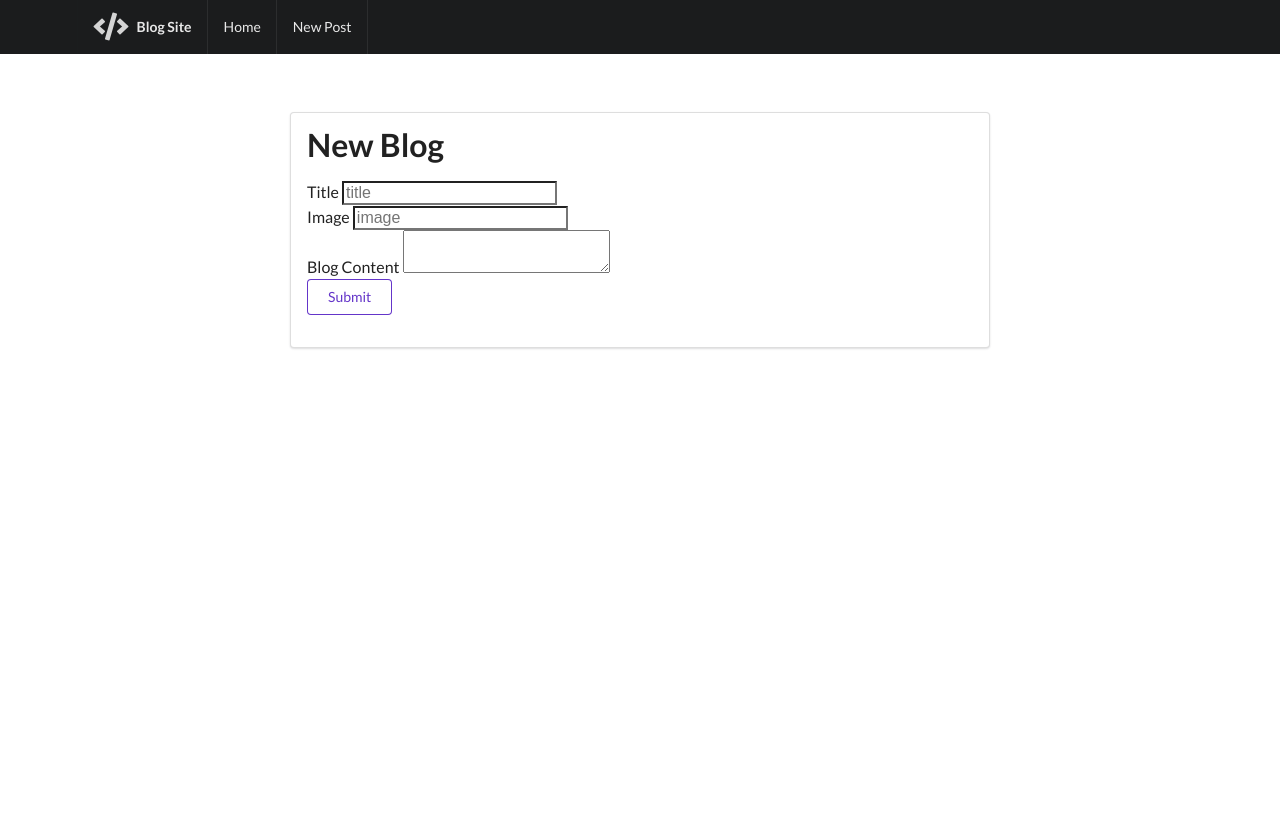
Repository: HuakunShen/LearnWeb
Page: http://localhost/blogs/new
The author's editor kept a record of every edit. The page is drawn from the files as they stood at one moment, then again after the next edit.
The browser window is 1280 px wide. The pictures show the whole page.
The page is served by the project's Node server (BlogApp/app.js).

Above is the page before.

After the next edit:
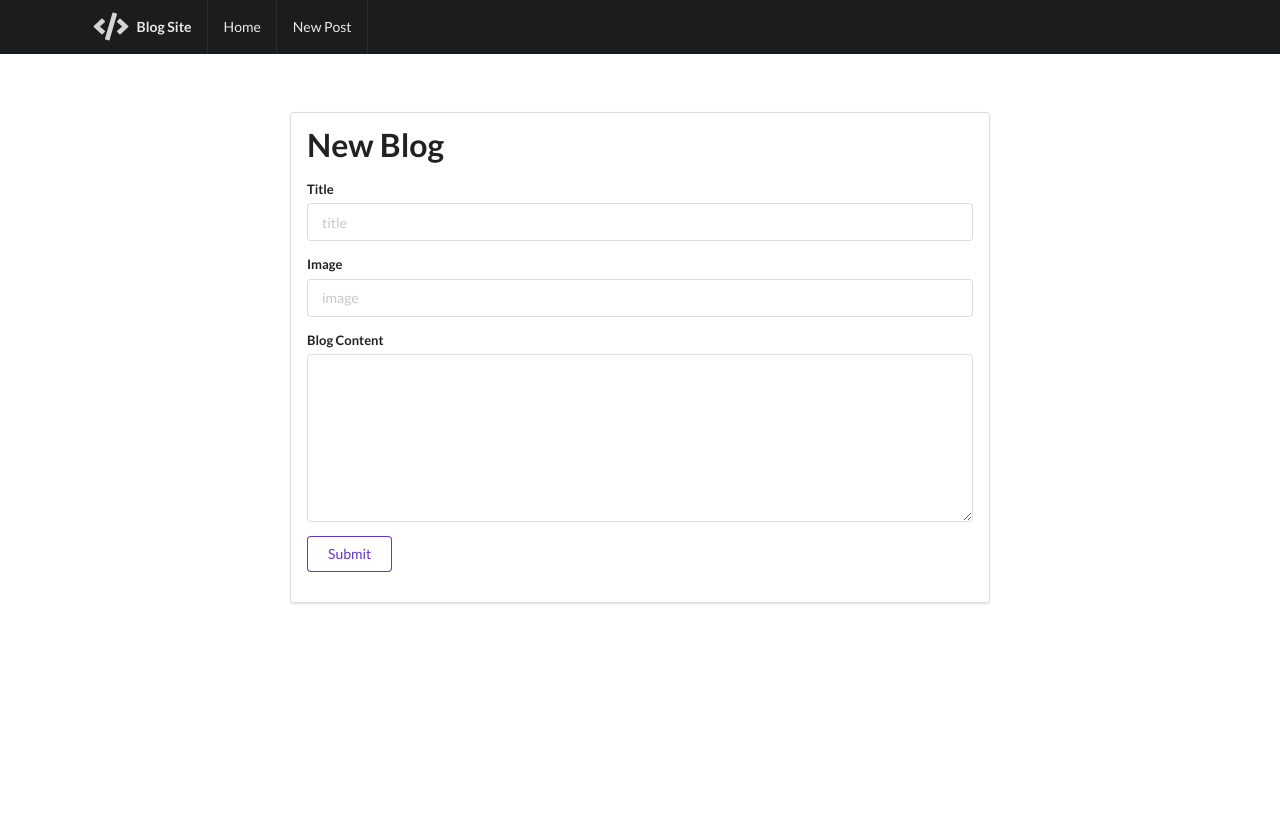
The edit:
--- a/workspace/BlogApp/views/new.ejs
+++ b/workspace/BlogApp/views/new.ejs
@@ -1,7 +1,7 @@
 <% include ./partials/header %>
 <div class="ui main text container segment">
     <div class="ui huge header">New Blog</div>
-    <form action="/blogs" method="POST">
+    <form class="ui form" action="/blogs" method="POST">
         <div class="field">
             <label>Title</label>
             <input type="text" name="blog[title]" placeholder="title">
